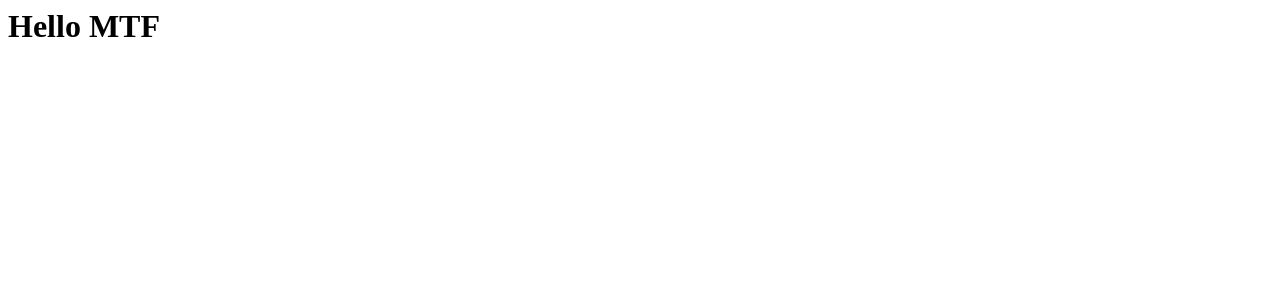
Repository: batmikun/Courses
Page: Front-End/SPA NATIVE JS/src/views/home.html
The author's editor kept a copy of each file at every save. The page is drawn from the files as they stood at one save, then again after the next save.
The browser window is 1280 px wide. The pictures show the whole page.

Above is the page before, as saved 2021-11-21 00:38:03.

After the next save:
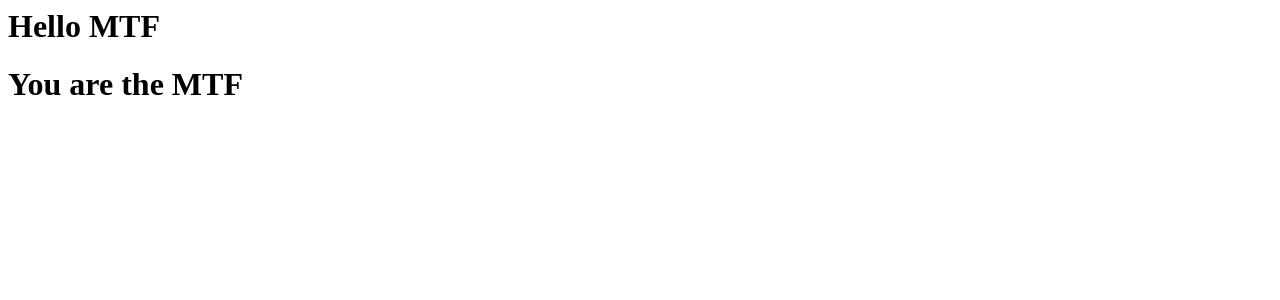
Saved 7 s later.
--- a/Front-End/SPA NATIVE JS/src/views/home.html
+++ b/Front-End/SPA NATIVE JS/src/views/home.html
@@ -3,6 +3,6 @@
         <h1>Hello MTF</h1>
     </div>
     <div class="content__fc">
-
+        <h1>You are the MTF</h1>
     </div>
 </div>
